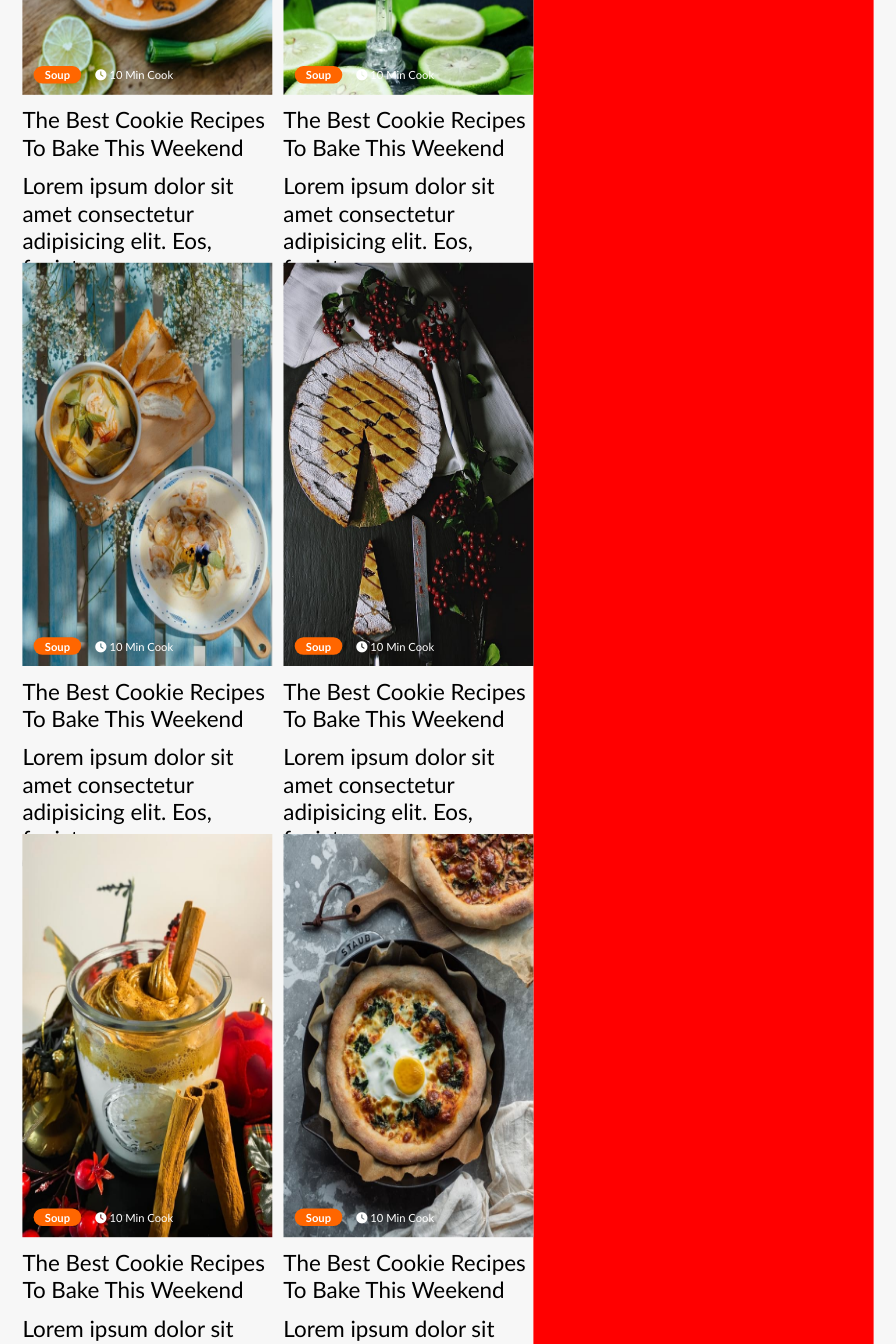
Repository: ngoctinvo/diner_project_cybersoft
Page: html/blog.html
The author's editor kept a copy of each file at every save. The page is drawn from the files as they stood at one save, then again after the next save.
The browser window is 1280 px wide. The pictures show the part of the page from y = 578 to 2498 px (the page is 2650 px tall), at 70% of full size.
Some web libraries are served in a nearby version. The style sheet was rebuilt from its Sass, Less or Tailwind sources for each picture, by a compiler version that may differ from the author's.

Above is the page before, as saved 2022-04-19 10:26:16.

### html/blog.html
<!DOCTYPE html>
<html lang="en">

<head>
    <meta charset="UTF-8">
    <meta http-equiv="X-UA-Compatible" content="IE=edge">
    <meta name="viewport" content="width=device-width, initial-scale=1.0">
    <title>Document</title>
    <link rel="stylesheet" href="https://cdnjs.cloudflare.com/ajax/libs/font-awesome/6.1.1/css/all.min.css" integrity="sha512-KfkfwYDsLkIlwQp6LFnl8zNdLGxu9YAA1QvwINks4PhcElQSvqcyVLLD9aMhXd13uQjoXtEKNosOWaZqXgel0g==" crossorigin="anonymous" referrerpolicy="no-referrer"
    />
    <link rel="stylesheet" href="../css/blog.css">
</head>

<body>
    <header></header>
    <section class="blog">
        <div class="container">
            <div class="title">
                <p>Latest Posts</p>
                <h1>Blog Posts</h1>
            </div>
            <div class="row">
                <div class="left-posts">
                    <div class="list">
                        <div class="item">
                            <div class="img">
                                <img src="../img/blog/g1.jpg" alt="">
                                <div class="info-img">
                                    <button>Soup</button>
                                    <span><i class="fa fa-clock"></i> 10 Min Cook</span>
                                </div>

                            </div>
                            <div class="content">
                                <h3>The Best Cookie Recipes To Bake This Weekend</h3>
                                <p>Lorem ipsum dolor sit amet consectetur adipisicing elit. Eos, fugiat.</p>
                            </div>
                            <div class="author">
                                <div class="author-info">
                                    <a href="#">
                                        <img src="../img/blog/team1.jpg" alt="">
                                        <span>Rashed Kabir</span>
                                    </a>
                                </div>

                                <a href="#">Read More ></a>
                            </div>
                        </div>
                        <div class="item">
                            <div class="img">
                                <img src="../img/blog/g2.jpg" alt="">
                                <div class="info-img">
                                    <button>Soup</button>
                                    <span><i class="fa fa-clock"></i> 10 Min Cook</span>
                                </div>

                            </div>
                            <div class="content">
                                <h3>The Best Cookie Recipes To Bake This Weekend</h3>
                                <p>Lorem ipsum dolor sit amet consectetur adipisicing elit. Eos, fugiat.</p>
                            </div>
                            <div class="author">
                                <div class="author-info">
                                    <a href="#">
                                        <img src="../img/blog/team1.jpg" alt="">
                                        <span>Rashed Kabir</span>
                                    </a>
                                </div>

                                <a href="#">Read More ></a>
                            </div>
                        </div>
                        <div class="item">
                            <div class="img">
                                <img src="../img/blog/g3.jpg" alt="">
                                <div class="info-img">
                                    <button>Soup</button>
                                    <span><i class="fa fa-clock"></i> 10 Min Cook</span>
                                </div>

                            </div>
                            <div class="content">
                                <h3>The Best Cookie Recipes To Bake This Weekend</h3>
                                <p>Lorem ipsum dolor sit amet consectetur adipisicing elit. Eos, fugiat.</p>
                            </div>
                            <div class="author">
                                <div class="author-info">
                                    <a href="#">
                                        <img src="../img/blog/team1.jpg" alt="">
                                        <span>Rashed Kabir</span>
                                    </a>
                                </div>

                                <a href="#">Read More ></a>
                            </div>
                        </div>
                        <div class="item">
                            <div class="img">
                                <img src="../img/blog/g4.jpg" alt="">
                                <div class="info-img">
                                    <button>Soup</button>
                                    <span><i class="fa fa-clock"></i> 10 Min Cook</span>
                                </div>

                            </div>
                            <div class="content">
                                <h3>The Best Cookie Recipes To Bake This Weekend</h3>
                                <p>Lorem ipsum dolor sit amet consectetur adipisicing elit. Eos, fugiat.</p>
                            </div>
                            <div class="author">
                                <div class="author-info">
                                    <a href="#">
                                        <img src="../img/blog/team1.jpg" alt="">
                                        <span>Rashed Kabir</span>
                                    </a>
                                </div>

                                <a href="#">Read More ></a>
                            </div>
                        </div>
                        <div class="item">
                            <div class="img">
                                <img src="../img/blog/g5.jpg" alt="">
                                <div class="info-img">
                                    <button>Soup</button>
                                    <span><i class="fa fa-clock"></i> 10 Min Cook</span>
                                </div>

                            </div>
                            <div class="content">
                                <h3>The Best Cookie Recipes To Bake This Weekend</h3>
                                <p>Lorem ipsum dolor sit amet consectetur adipisicing elit. Eos, fugiat.</p>
                            </div>
                            <div class="author">
                                <div class="author-info">
                                    <a href="#">
                                        <img src="../img/blog/team1.jpg" alt="">
                                        <span>Rashed Kabir</span>
                                    </a>
                                </div>

                                <a href="#">Read More ></a>
                            </div>
                        </div>
                        <div class="item">
                            <div class="img">
                                <img src="../img/blog/g6.jpg" alt="">
                                <div class="info-img">
                                    <button>Soup</button>
                                    <span><i class="fa fa-clock"></i> 10 Min Cook</span>
                                </div>

                            </div>
                            <div class="content">
                                <h3>The Best Cookie Recipes To Bake This Weekend</h3>
                                <p>Lorem ipsum dolor sit amet consectetur adipisicing elit. Eos, fugiat.</p>
                            </div>
                            <div class="author">
                                <div class="author-info">
                                    <a href="#">
                                        <img src="../img/blog/team1.jpg" alt="">
                                        <span>Rashed Kabir</span>
                                    </a>
                                </div>

                                <a href="#">Read More ></a>
                            </div>
                        </div>
                    </div>
                    <div class="control-btn"></div>
                </div>
                <div class="right-posts">
                    <!-- <div class="right-container">
                        <div class="item latest-recipes">
                            <h2>Lastest recipes</h2>
                            <div class="list">
                                <div class="item">
                                    <img src="../img/blog/banner1.jpg">
                                    <span>How to make capuccino</span>
                                </div>
                                <div class="item">
                                    <img src="../img/blog/banner1.jpg">
                                    <span>How to make capuccino</span>
                                </div>
                                <div class="item">
                                    <img src="../img/blog/banner1.jpg">
                                    <span>How to make capuccino</span>
                                </div>
                                <div class="item">
                                    <img src="../img/blog/banner1.jpg">
                                    <span>How to make capuccino</span>
                                </div>
                            </div>
                        </div>
                        <div class="item trending-posts">
                            <h3>Trending posts</h3>
                            <div class="list">
                                <div class="item">
                                    <img src="../img/blog/g3.jpg" alt="">
                                    <div class="info">
                                        <p>12 Curry Recipes You’ll Ever Need</p>
                                        <span>Feb 4, 2021</span>
                                    </div>
                                </div>
                            </div>
                        </div>
                        <div class="item categories">
                            <h3>Categories</h3>
                            <ul>
                                <li>
                                    <a href="#">Desserts</a>
                                </li>
                                <li>
                                    <a href="#">Cakes and Biscuits</a>
                                </li>
                                <li>
                                    <a href="#">Food recipes</a>
                                </li>

                            </ul>
                        </div>
                        <div class="item advertisement">
                            <h3>Advertisement</h3>
                            <img src="../img/blog/g1.jpg" alt="">
                        </div>
                    </div> -->



                </div>
            </div>
        </div>
        </div>
    </section>
    <footer></footer>
</body>

</html>

### sass/blog.scss
* {
    margin: 0;
    padding: 0;
    box-sizing: border-box;
    font-family: 'Gill Sans', 'Gill Sans MT', Calibri, 'Trebuchet MS', sans-serif;
}

.blog {
    color: black;
    .container {
        width: 100%;
        background-color: #f7f7f7;
        padding: 5rem 2rem;
        .title {
            p {
                color: orange;
                font-size: 1rem;
            }
            h1 {
                font-size: 2rem;
            }
        }
        .row {
            display: flex;
            flex-direction: row;
            .left-posts {
                width: 60%;
                .list {
                    display: grid;
                    grid-template-columns: 1fr 1fr;
                    grid-template-rows: repeat(3, 800px);
                    gap: 1rem;
                    .item {
                        margin-bottom: 5rem;
                        .img {
                            position: relative;
                            height: 80%;
                            width: 100%;
                            img {
                                width: 100%;
                                height: 100%;
                            }
                            .info-img {
                                position: absolute;
                                width: 100%;
                                bottom: 0;
                                left: 0;
                                button {
                                    cursor: pointer;
                                    font-size: 1rem;
                                    font-weight: 600;
                                    color: white;
                                    padding: 0.2rem 1rem;
                                    border-radius: 1rem;
                                    border: none;
                                    margin: 1rem;
                                    background-color: #ff6600;
                                }
                                span {
                                    color: white;
                                }
                            }
                        }
                        .content {
                            h3 {
                                margin: 1rem 0;
                                font-size: 2rem;
                                font-weight: 500;
                            }
                            p {
                                font-size: 2rem;
                            }
                        }
                        .author {
                            display: flex;
                            flex-direction: row;
                            justify-content: space-between;
                            align-items: center;
                            a {
                                display: flex;
                                flex-direction: row;
                                align-items: center;
                            }
                            .author-info {
                                margin-right: 1rem;
                                img {
                                    width: 2rem;
                                    border-radius: 50%;
                                    margin-right: 0.3rem;
                                }
                            }
                            a {
                                text-decoration: none;
                                color: black;
                                font-size: 1rem;
                                font-weight: 600;
                            }
                        }
                    }
                }
            }
            .right-posts {
                width: 40%;
                background-color: red;
            }
        }
    }
}

After the next save:
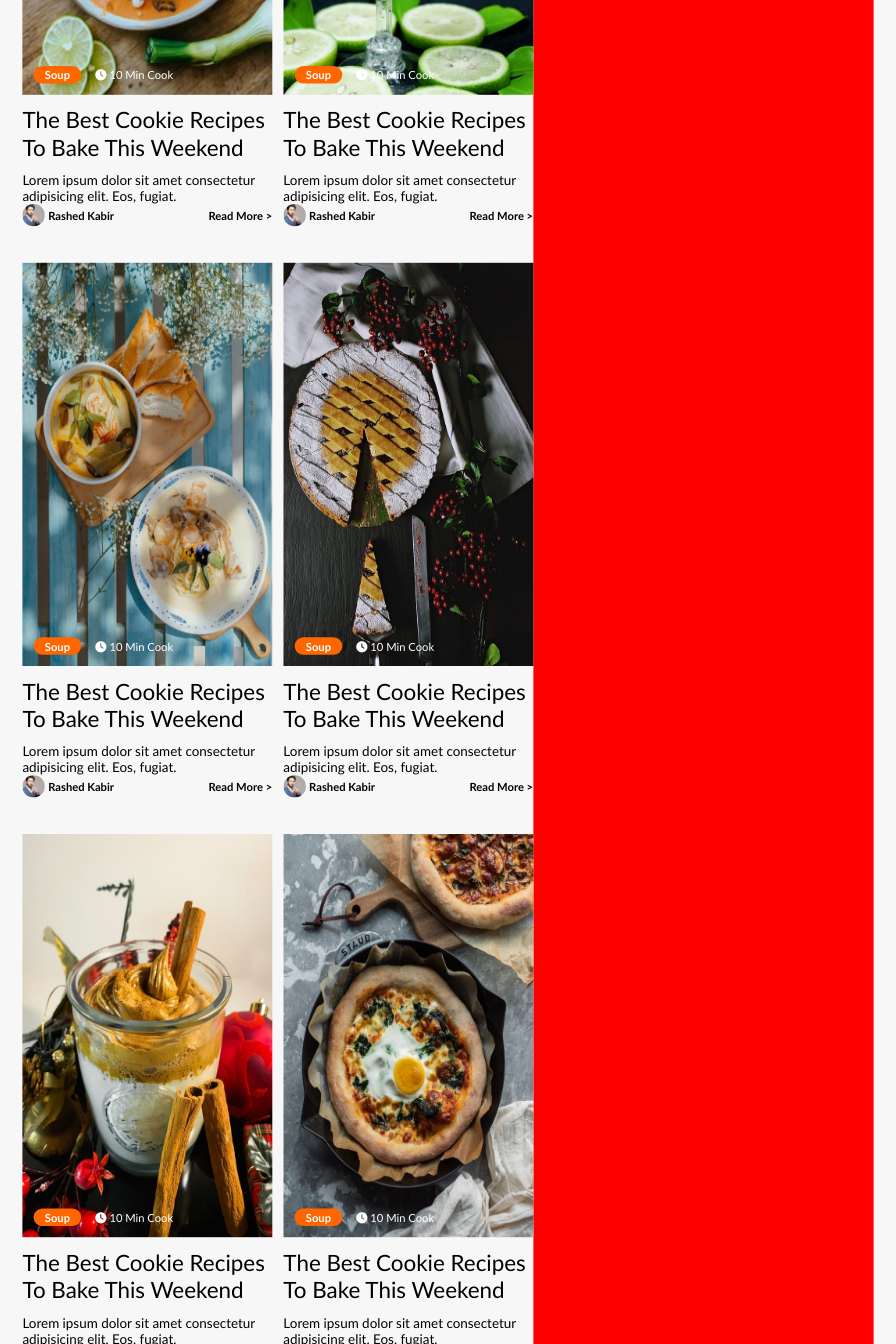
Saved 5 s later.
--- a/sass/blog.scss
+++ b/sass/blog.scss
@@ -68,7 +68,7 @@
                                 font-weight: 500;
                             }
                             p {
-                                font-size: 2rem;
+                                font-size: 1.2rem;
                             }
                         }
                         .author {
